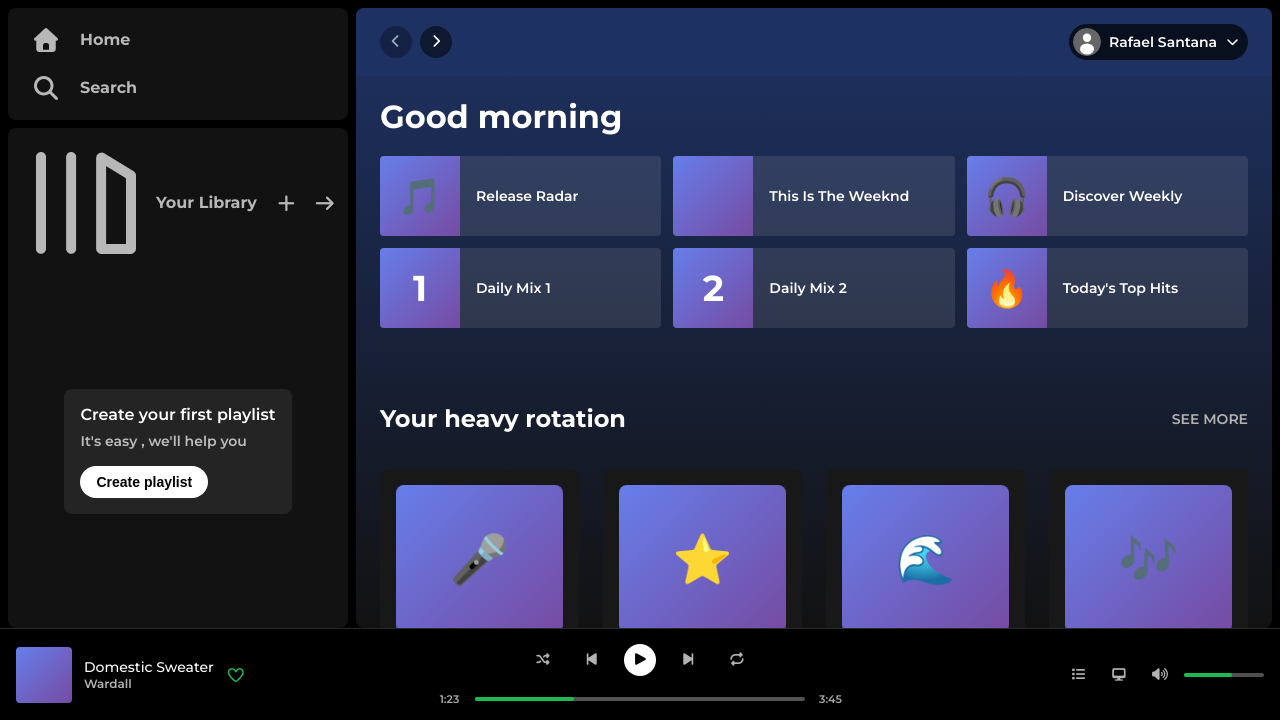
Repository: ketanBisht/spotifyFrontEnd
Page: final.html
These files come from the project's save history. The page is drawn as it stood at one moment and after the next save; the edit follows.
The browser window is 1280 px wide. The pictures show the whole page.
An inner scrolling area shows only its first screen. Some web libraries are served in a nearby version.

Above is the page before, as saved 2025-08-26 17:30:36.

After the next save:
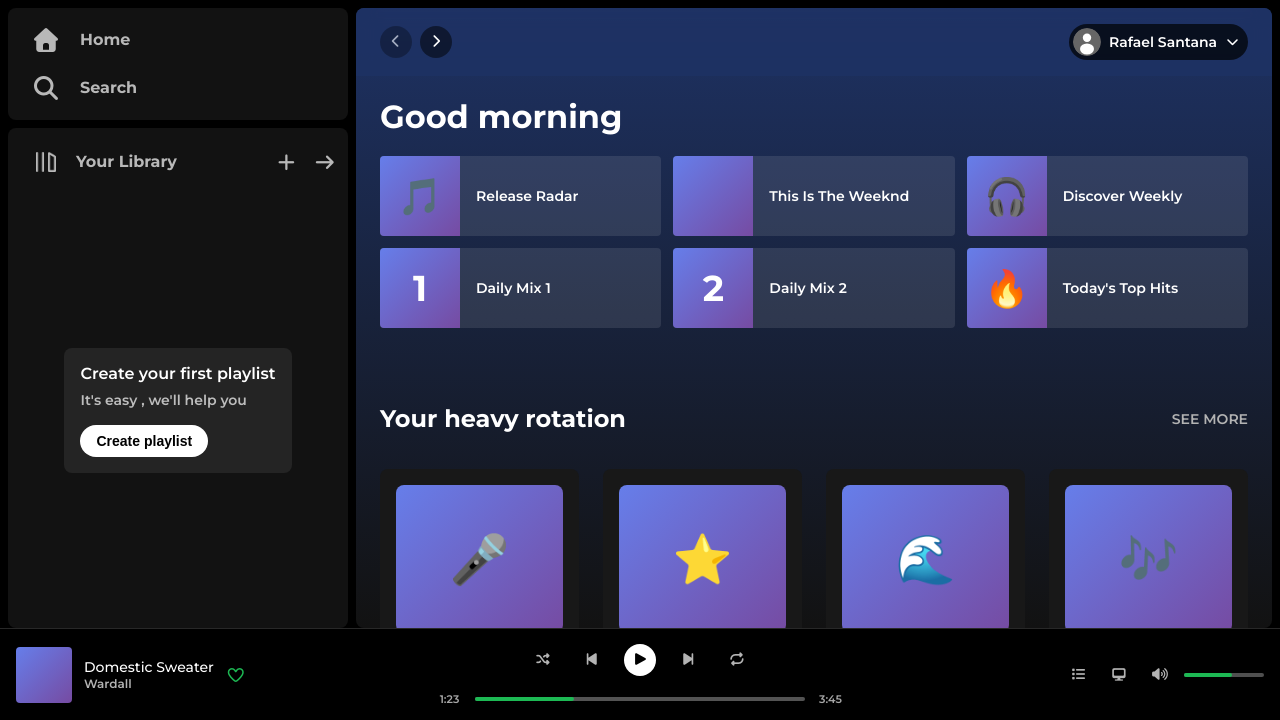
Saved 4 s later.
--- a/final.html
+++ b/final.html
@@ -127,10 +127,10 @@
         }
 
         .libOption img{
-.libOption img{
+.libOption img
     height: 1.25rem;
     width: 1.25rem;
-}
+
         }
 
         .icons{
